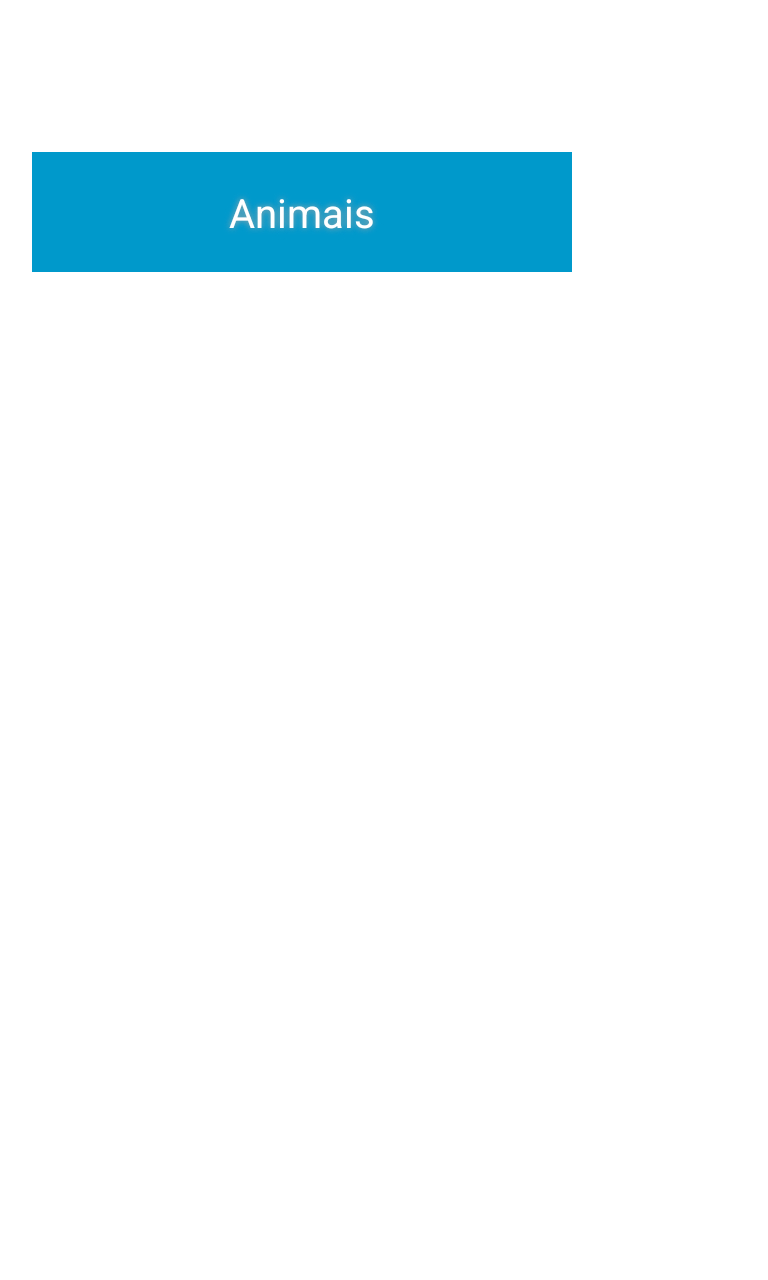
Repository: vpamaral/TaurusMobile
Layout: TaurusMobile/res/layout/activity_main.xml
The author's editor kept a copy of each file at every save. The layout is drawn from the files as they stood at one save, then again after the next save.
It is drawn on a 768 x 1280 px phone screen (xhdpi) without system bars, with theme AppTheme; the app's code is not run.

Above is the layout before, as saved 2015-05-15 16:12:07.

### TaurusMobile/res/layout/activity_main.xml
<LinearLayout xmlns:android="http://schemas.android.com/apk/res/android"
    xmlns:tools="http://schemas.android.com/tools"
    android:layout_width="match_parent"
    android:layout_height="match_parent"
    android:paddingBottom="@dimen/activity_vertical_margin"
    android:paddingLeft="@dimen/activity_horizontal_margin"
    android:paddingRight="@dimen/activity_horizontal_margin"
    android:paddingTop="@dimen/activity_vertical_margin"
    tools:context="br.com.taurusmobile.ui.MainActivity" >

    <LinearLayout
        android:id="@+id/linearLayout1"
        android:layout_width="fill_parent"
        android:layout_height="wrap_content" >

        <Button
            android:id="@+id/btn_animal"
            android:layout_width="270dp"
            android:layout_height="60dp"
            android:layout_alignLeft="@+id/btn_atualiza"
            android:layout_below="@+id/btn_atualiza"
            android:layout_marginTop="60dp"
            android:background="@drawable/btn_selector"
            android:shadowColor="#A8A8A8"
            android:shadowDx="0"
            android:shadowDy="0"
            android:shadowRadius="5"
            android:text="Animais"
            android:textColor="#FFFFFF"
            android:textSize="20sp" />
    </LinearLayout>

    <Button
        android:id="@+id/btn_atualiza"
        android:layout_width="270dp"
        android:layout_height="60dp"
        android:layout_alignParentTop="true"
        android:layout_centerHorizontal="true"
        android:layout_marginTop="46dp"
        android:background="@drawable/btn_selector"
        android:shadowColor="#A8A8A8"
        android:shadowDx="0"
        android:shadowDy="0"
        android:shadowRadius="5"
        android:text="Atualizar Dados"
        android:textColor="#FFFFFF"
        android:textSize="20sp" />

    <Button
        android:id="@+id/btn_parto"
        android:layout_width="270dp"
        android:layout_height="60dp"
        android:layout_alignLeft="@+id/btn_animal"
        android:layout_below="@+id/btn_animal"
        android:layout_marginTop="57dp"
        android:background="@drawable/btn_selector"
        android:shadowColor="#A8A8A8"
        android:shadowDx="0"
        android:shadowDy="0"
        android:shadowRadius="5"
        android:text="Parto"
        android:textColor="#FFFFFF"
        android:textSize="20sp" />

</LinearLayout>

### TaurusMobile/res/drawable/btn_selector.xml
<?xml version="1.0" encoding="utf-8"?>
<selector xmlns:android="http://schemas.android.com/apk/res/android" android:shape="rectangle">
    <item android:drawable="@android:color/holo_blue_light" android:state_pressed="true"/>
     <item android:drawable="@android:color/holo_blue_dark"/>
</selector>

Loaded but not shown: TaurusMobile/res/values/styles.xml (common file); TaurusMobile/res/values-v11/styles.xml (common file); TaurusMobile/res/values-v14/styles.xml (common file); TaurusMobile/res/values/dimens.xml (common file); TaurusMobile/res/values-w820dp/dimens.xml (common file)

After the next save:
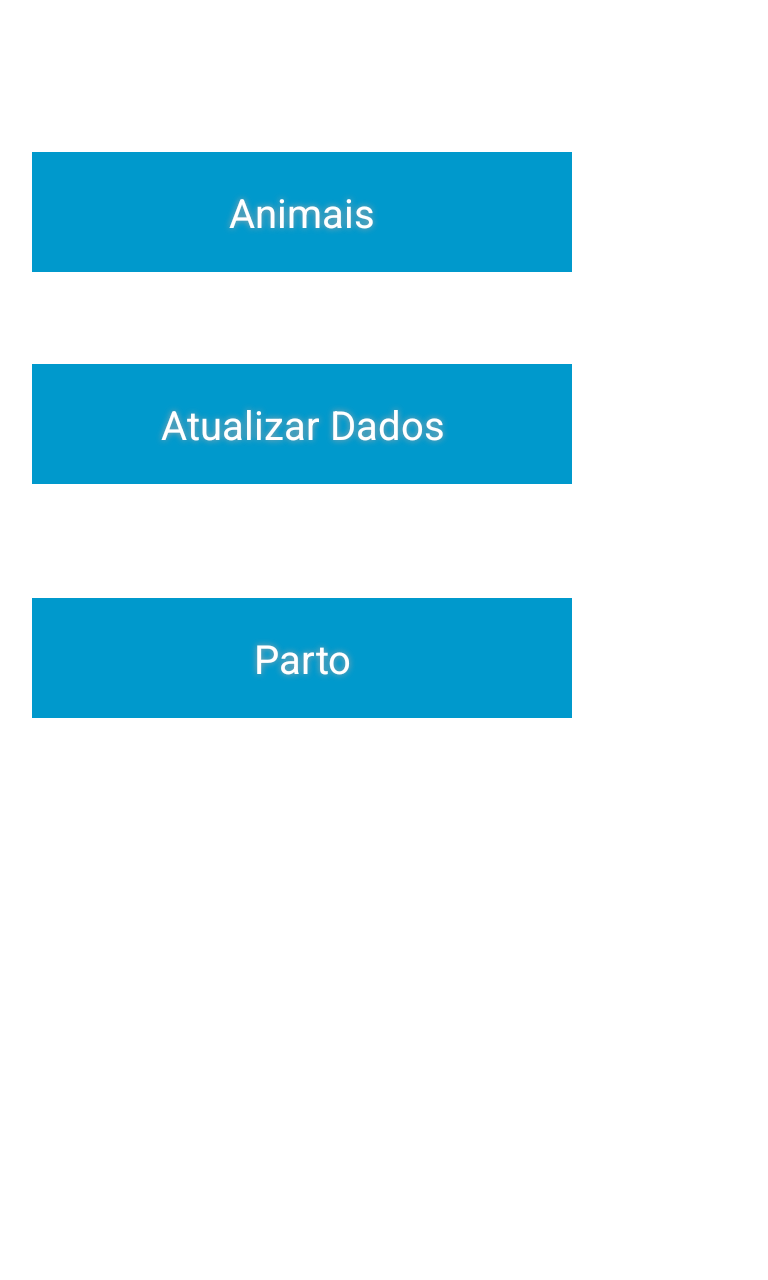
Saved 41 s later.
--- a/TaurusMobile/res/layout/activity_main.xml
+++ b/TaurusMobile/res/layout/activity_main.xml
@@ -6,7 +6,8 @@
     android:paddingLeft="@dimen/activity_horizontal_margin"
     android:paddingRight="@dimen/activity_horizontal_margin"
     android:paddingTop="@dimen/activity_vertical_margin"
-    tools:context="br.com.taurusmobile.ui.MainActivity" >
+    tools:context="br.com.taurusmobile.ui.MainActivity"
+    android:orientation="vertical">
 
     <LinearLayout
         android:id="@+id/linearLayout1"
